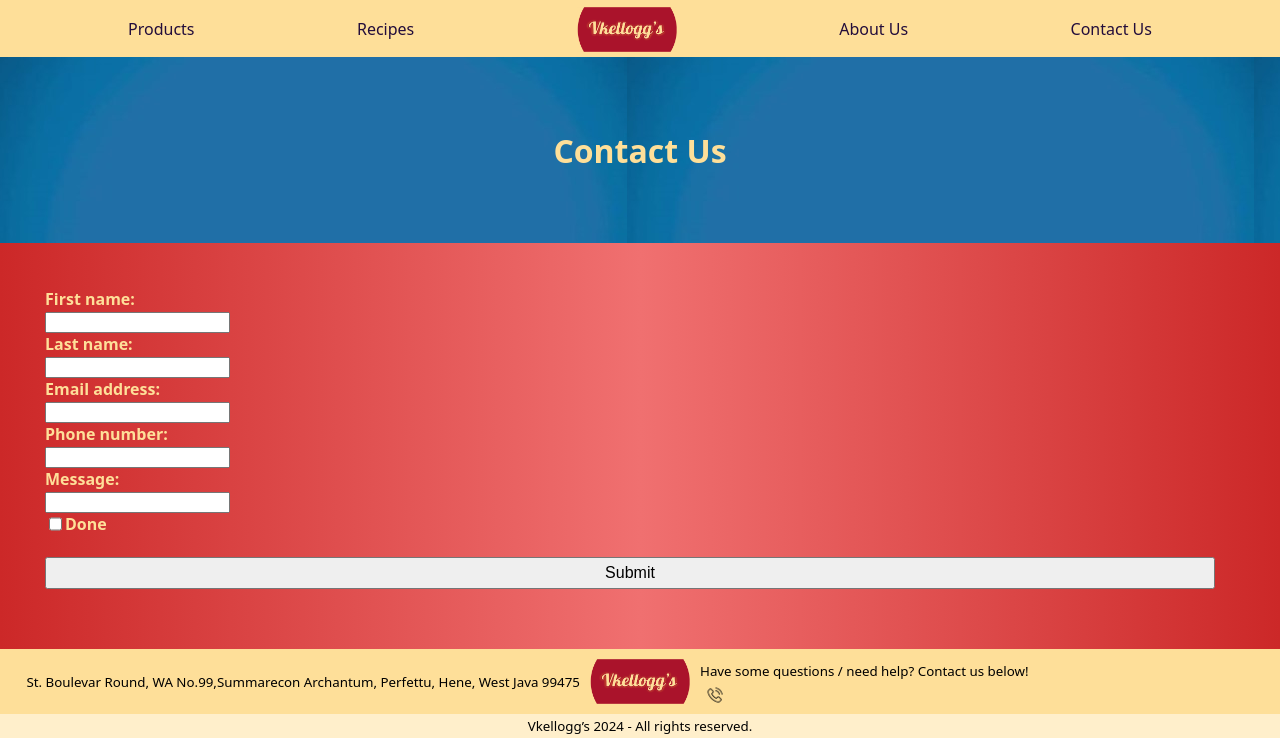
Repository: sugralld/VKelloggs
Page: Code and Assets/html/contactus.html
These files come from the project's save history. The page is drawn as it stood at one moment and after the next save; the edit follows.
The browser window is 1280 px wide. The pictures show the whole page.

Above is the page before, as saved 2024-12-04 06:07:03.

After the next save:
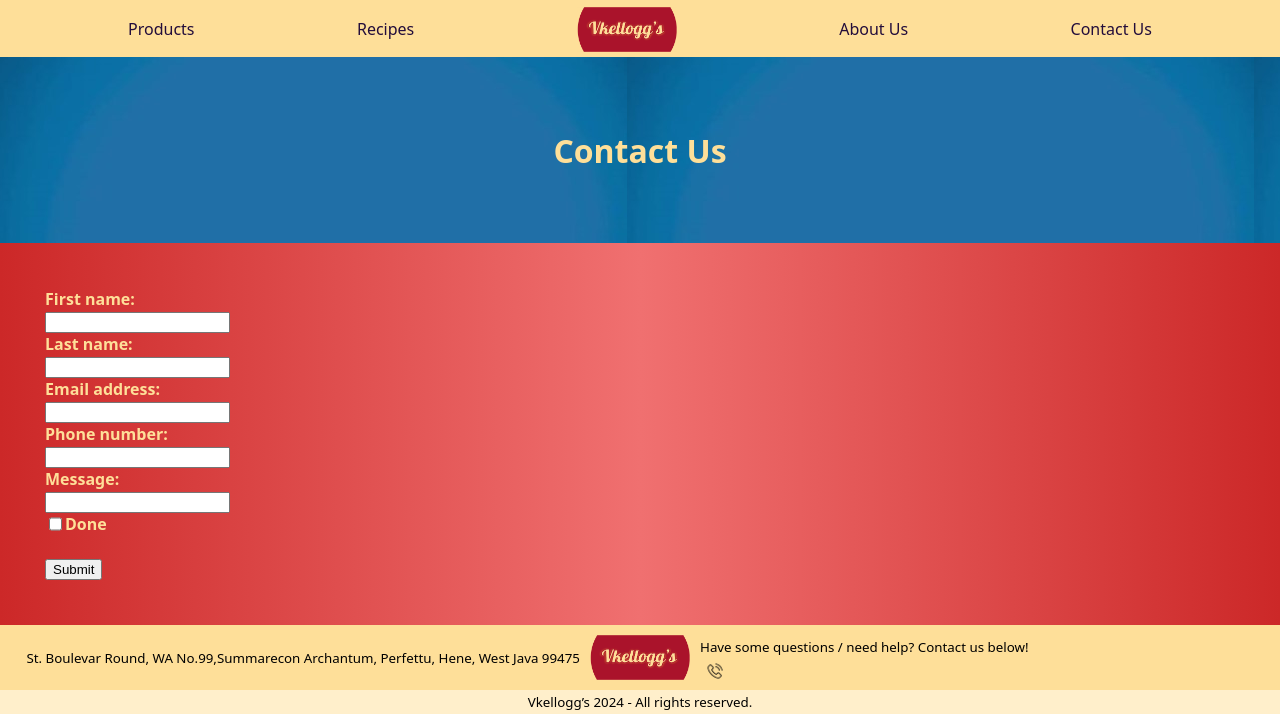
Saved 101 s later.
--- a/Code and Assets/css/contactus.css
+++ b/Code and Assets/css/contactus.css
@@ -18,7 +18,7 @@
 }
 
 .formformat .input[type="text"],
-.form button {
+.formformat button {
     width: calc(100% - 20px);
     max-width: 100%;
     margin: 0 auto 15px;
